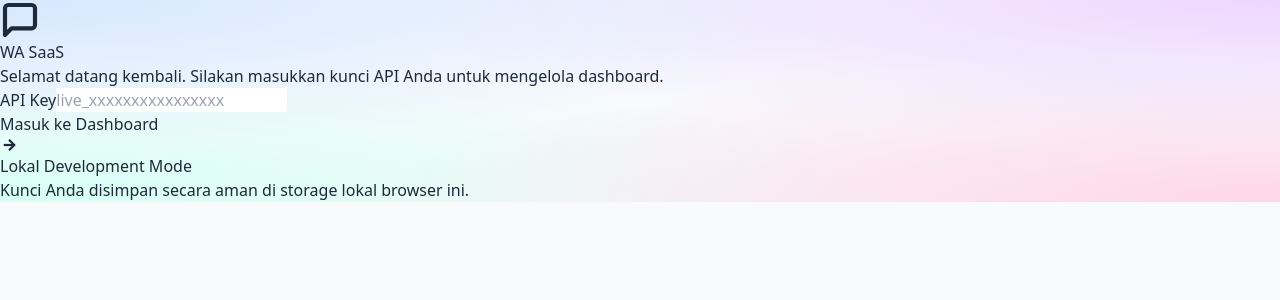
Repository: Radhityasofwan/wasaas
Page: /login (app in apps/web/)
These files come from the project's save history. The page is drawn as it stood at one moment and after the next save; the edit follows.
The browser window is 1280 px wide. The pictures show the whole page.
The project was rebuilt for these pictures with package versions that can differ from the ones it lists, and the page was loaded fresh each time. Also part of the build but not shown: apps/web/vite.config.ts, apps/web/src/pages/Sessions.tsx, apps/web/src/pages/Inbox.tsx, apps/web/src/pages/Webhooks.tsx, apps/web/src/pages/Broadcast.tsx, apps/web/src/pages/Leads.tsx, apps/web/src/pages/ApiKeys.tsx, apps/web/src/pages/AutoReply.tsx and 4 more.

Above is the page before, as saved 2026-02-24 06:51:11.

### apps/web/src/main.tsx
import ReactDOM from "react-dom/client";
import { BrowserRouter } from "react-router-dom";
import App from "./App";
import "./index.css";

ReactDOM.createRoot(document.getElementById("root")!).render(
  <BrowserRouter>
    <App />
  </BrowserRouter>
);

### apps/web/src/App.tsx
import React, { useMemo, useState } from "react";
import {
  Link,
  Navigate,
  Route,
  Routes,
  useNavigate,
  useLocation
} from "react-router-dom";
import {
  MessageCircle,
  Smartphone,
  Megaphone,
  Target,
  Bot,
  Key,
  Zap,
  Settings,
  BookOpen,
  LogOut,
  MessageSquare,
  CalendarClock,
  Layers,
  Menu, // Icon untuk menu mobile
  X
} from "lucide-react";

import Login from "./pages/Login";
import Sessions from "./pages/Sessions";
import Inbox from "./pages/Inbox";
import Webhooks from "./pages/Webhooks";
import Broadcast from "./pages/Broadcast";
import Leads from "./pages/Leads";
import ApiKeys from "./pages/ApiKeys";
import AutoReply from "./pages/AutoReply";
import Admin from "./pages/Admin";
import Docs from "./pages/Docs";

import Templates from "./pages/Templates";
import AutoFollowUp from "./pages/AutoFollowUp";

import { clearApiKey, getApiKey } from "./lib/api";

function RequireKey({ children }: { children: React.ReactNode }) {
  const key = getApiKey();
  if (!key) return <Navigate to="/login" replace />;
  return <>{children}</>;
}

function Shell({ children }: { children: React.ReactNode }) {
  const nav = useNavigate();
  const loc = useLocation();
  const [mobileMenuOpen, setMobileMenuOpen] = useState(false);

  // Daftar menu lengkap
  const menu = useMemo(() => [
    { name: "Inbox", path: "/", icon: <MessageCircle size={20} strokeWidth={2.5} /> },
    { name: "Sessions", path: "/sessions", icon: <Smartphone size={20} strokeWidth={2.5} /> },
    { name: "Broadcast", path: "/broadcast", icon: <Megaphone size={20} strokeWidth={2.5} /> },
    { name: "Follow Up", path: "/follow-up", icon: <CalendarClock size={20} strokeWidth={2.5} /> },
    { name: "Templates", path: "/templates", icon: <Layers size={20} strokeWidth={2.5} /> },
    { name: "Leads", path: "/leads", icon: <Target size={20} strokeWidth={2.5} /> },
    { name: "Auto Reply", path: "/auto-reply", icon: <Bot size={20} strokeWidth={2.5} /> },
    { name: "API Keys", path: "/api-keys", icon: <Key size={20} strokeWidth={2.5} /> },
    { name: "Webhooks", path: "/webhooks", icon: <Zap size={20} strokeWidth={2.5} /> },
    { name: "Admin", path: "/admin", icon: <Settings size={20} strokeWidth={2.5} /> },
    { name: "API Docs", path: "/docs", icon: <BookOpen size={20} strokeWidth={2.5} /> },
  ], []);

  // Menu utama untuk ditampilkan di Bottom Nav (Mobile)
  const bottomNavItems = menu.slice(0, 4);

  const handleLogout = () => {
    clearApiKey();
    nav("/login");
  };

  return (
    <div className="min-h-[100dvh] w-full font-sans text-slate-800 bg-[#f8fafc] relative overflow-hidden flex items-center justify-center p-0 md:p-4 lg:p-6"
         style={{
           backgroundImage: `
             radial-gradient(at 0% 0%, hsla(215,100%,94%,1) 0px, transparent 50%),
             radial-gradient(at 100% 0%, hsla(275,100%,94%,1) 0px, transparent 50%),
             radial-gradient(at 100% 100%, hsla(335,100%,94%,1) 0px, transparent 50%),
             radial-gradient(at 0% 100%, hsla(165,100%,94%,1) 0px, transparent 50%)
           `
         }}>

      {/* Liquid Mesh Background Elements (Desktop only for performance) */}
      <div className="hidden md:block absolute top-[-10%] left-[-5%] w-[40rem] h-[40rem] bg-blue-400/10 rounded-full mix-blend-multiply blur-[120px] pointer-events-none animate-pulse"></div>
      <div className="hidden md:block absolute bottom-[-10%] right-[-5%] w-[40rem] h-[40rem] bg-indigo-400/10 rounded-full mix-blend-multiply blur-[120px] pointer-events-none animate-pulse" style={{ animationDelay: '1s' }}></div>

      {/* Main App Container: 100dvh di HP, rounded di Desktop */}
      <div className="relative z-10 flex w-full h-[100dvh] md:h-screen md:max-h-[90vh] lg:max-h-[94vh] max-w-[1600px] md:gap-6">

        {/* SIDEBAR DESKTOP - Hidden di Mobile */}
        <aside className="w-[280px] hidden md:flex flex-col rounded-[2.5rem] bg-white/40 border border-white/60 backdrop-blur-2xl shadow-[0_20px_50px_rgba(31,38,135,0.04)] overflow-hidden shrink-0 border-t-white/80">
          <div className="p-8 pb-6">
            <div className="flex items-center gap-3">
              <div className="w-11 h-11 rounded-2xl bg-gradient-to-br from-blue-600 to-indigo-600 shadow-lg shadow-blue-500/30 flex items-center justify-center text-white rotate-3">
                <MessageSquare size={22} strokeWidth={2.5} />
              </div>
              <div>
                <h1 className="text-xl font-black text-slate-800 tracking-tighter leading-none italic">
                  WA SaaS
                </h1>
                <span className="text-[9px] font-black text-blue-500 uppercase tracking-[0.2em] ml-0.5">V.2.0 Stable</span>
              </div>
            </div>
          </div>

          <nav className="flex-1 overflow-y-auto px-5 py-2 space-y-1.5 scrollbar-hide">
            {menu.map(item => {
              const isActive = loc.pathname === item.path;
              return (
                <Link
                  key={item.path}
                  to={item.path}
                  className={`flex items-center gap-4 px-5 py-3.5 rounded-[1.5rem] text-[14px] font-bold transition-all duration-300 outline-none group border ${
                    isActive
                      ? "bg-white/90 text-blue-600 shadow-sm border-white/50 scale-[1.02]"
                      : "text-slate-500 hover:text-slate-900 hover:bg-white/40 border-transparent"
                  }`}
                >
                  <span className={`transition-transform duration-300 ${isActive ? 'scale-110 rotate-3' : 'group-hover:scale-110'}`}>
                    {item.icon}
                  </span>
                  {item.name}
                </Link>
              );
            })}
          </nav>

          <div className="p-6">
            <button
              onClick={handleLogout}
              className="w-full py-4 px-6 flex items-center justify-center gap-3 rounded-2xl text-xs font-black uppercase tracking-widest text-rose-500 bg-rose-50 hover:bg-rose-100 transition-all shadow-sm cursor-pointer active:scale-95"
            >
              <LogOut size={16} strokeWidth={3} />
              Keluar
            </button>
          </div>
        </aside>

        {/* MAIN CONTENT PANE */}
        <main className="flex-1 md:rounded-[3rem] bg-white md:bg-white/40 md:border md:border-white/80 md:backdrop-blur-3xl md:shadow-[0_20px_60px_rgba(0,0,0,0.03)] flex flex-col relative transition-all duration-300 overflow-hidden pb-[70px] md:pb-0">
            <div className="hidden md:block absolute top-0 inset-x-0 h-1/2 bg-gradient-to-b from-white/30 to-transparent pointer-events-none z-0"></div>

            <div className="flex-1 overflow-hidden relative z-10 w-full">
              {children}
            </div>
        </main>

        {/* BOTTOM NAVIGATION MOBILE (Native App Feel) */}
        <nav className="md:hidden fixed bottom-0 left-0 right-0 bg-white/90 backdrop-blur-xl border-t border-slate-200 shadow-[0_-10px_40px_rgba(0,0,0,0.05)] pb-safe pt-2 px-6 flex items-center justify-between z-50 h-[70px]">
           {bottomNavItems.map(item => {
             const isActive = loc.pathname === item.path;
             return (
               <Link
                 key={item.path}
                 to={item.path}
                 className={`flex flex-col items-center justify-center gap-1 min-w-[60px] transition-all duration-200 ${isActive ? 'text-blue-600' : 'text-slate-400'}`}
               >
                 <div className={`p-1.5 rounded-xl transition-all ${isActive ? 'bg-blue-50' : 'bg-transparent'}`}>
                    {item.icon}
                 </div>
                 <span className={`text-[10px] font-bold ${isActive ? 'font-black' : 'font-semibold'}`}>{item.name}</span>
               </Link>
             )
           })}

           {/* Mobile Menu Trigger */}
           <button
             onClick={() => setMobileMenuOpen(true)}
             className="flex flex-col items-center justify-center gap-1 min-w-[60px] text-slate-400 hover:text-slate-800"
           >
              <div className="p-1.5 rounded-xl bg-transparent">
                 <Menu size={20} strokeWidth={2.5} />
              </div>
              <span className="text-[10px] font-semibold">Lainnya</span>
           </button>
        </nav>

        {/* MOBILE DRAWER / OFF-CANVAS MENU */}
        {mobileMenuOpen && (
          <div className="md:hidden fixed inset-0 z-[100] flex justify-end">
            {/* Overlay */}
            <div
              className="absolute inset-0 bg-slate-900/20 backdrop-blur-sm animate-in fade-in duration-200"
              onClick={() => setMobileMenuOpen(false)}
            />

            {/* Drawer Content */}
            <div className="relative w-[280px] h-full bg-white shadow-2xl flex flex-col animate-in slide-in-from-right duration-300">
              <div className="p-6 flex items-center justify-between border-b border-slate-100">
                 <div className="flex items-center gap-3">
                   <div className="w-8 h-8 rounded-xl bg-blue-600 flex items-center justify-center text-white">
                     <MessageSquare size={16} strokeWidth={2.5} />
                   </div>
                   <h2 className="text-lg font-black text-slate-800 tracking-tight">Menu</h2>
                 </div>
                 <button onClick={() => setMobileMenuOpen(false)} className="p-2 bg-slate-100 rounded-full text-slate-500">
                   <X size={18} />
                 </button>
              </div>

              <div className="flex-1 overflow-y-auto py-4 px-4 space-y-1">
                {menu.map(item => (
                  <Link
                    key={item.path}
                    to={item.path}
                    onClick={() => setMobileMenuOpen(false)}
                    className={`flex items-center gap-4 px-4 py-3.5 rounded-xl text-[14px] font-bold transition-colors ${
                      loc.pathname === item.path ? "bg-blue-50 text-blue-600" : "text-slate-600 hover:bg-slate-50"
                    }`}
                  >
                    {item.icon} {item.name}
                  </Link>
                ))}
              </div>

              <div className="p-6 border-t border-slate-100">
                <button
                  onClick={handleLogout}
                  className="w-full py-4 rounded-xl font-black uppercase tracking-widest text-xs bg-rose-50 text-rose-500 flex items-center justify-center gap-2"
                >
                  <LogOut size={16} /> Keluar
                </button>
              </div>
            </div>
          </div>
        )}

      </div>
    </div>
  );
}

export default function App() {
  return (
    <Routes>
      <Route path="/login" element={<Login />} />
      <Route path="/*" element={
        <RequireKey>
          <Shell>
            <Routes>
              <Route path="/" element={<Inbox />} />
              <Route path="/sessions" element={<Sessions />} />
              <Route path="/broadcast" element={<Broadcast />} />
              <Route path="/follow-up" element={<AutoFollowUp />} />
              <Route path="/templates" element={<Templates />} />
              <Route path="/leads" element={<Leads />} />
              <Route path="/auto-reply" element={<AutoReply />} />
              <Route path="/api-keys" element={<ApiKeys />} />
              <Route path="/webhooks" element={<Webhooks />} />
              <Route path="/admin" element={<Admin />} />
              <Route path="/docs" element={<Docs />} />
            </Routes>
          </Shell>
        </RequireKey>
      } />
    </Routes>
  );
}

### apps/web/src/index.css
@tailwind base;
@tailwind components;
@tailwind utilities;

@layer base {
  :root {
    /* MENGGUNAKAN SYSTEM FONT: Sangat ngebut, 0ms load time,
       friendly, dan terasa seperti aplikasi native perangkat bawaan */
    font-family: system-ui, -apple-system, BlinkMacSystemFont, 'Segoe UI', Roboto, Oxygen, Ubuntu, Cantarell, 'Open Sans', 'Helvetica Neue', sans-serif;
  }

  html, body, #root {
    height: 100%;
    width: 100%;
    margin: 0;
    padding: 0;
    overscroll-behavior-y: none; /* Mencegah efek bounce-scroll berlebih di iOS */
    @apply antialiased bg-slate-50 text-slate-800;
  }

  /* Custom Thin Scrollbar for iOS feel */
  ::-webkit-scrollbar {
    width: 5px;
    height: 5px;
  }

  ::-webkit-scrollbar-track {
    background: transparent;
  }

  ::-webkit-scrollbar-thumb {
    @apply bg-slate-300/50 rounded-full;
  }

  ::-webkit-scrollbar-thumb:hover {
    @apply bg-slate-400/50;
  }

  /* Hide scrollbar for specific elements */
  .scrollbar-hide::-webkit-scrollbar {
    display: none;
  }
  .scrollbar-hide {
    -ms-overflow-style: none;
    scrollbar-width: none;
  }
}

.glass-card {
  @apply bg-white/40 backdrop-blur-xl border border-white/60 shadow-sm;
}

.glass-input {
  @apply bg-white/50 border border-white/60 focus:bg-white/80 focus:border-blue-400/50 transition-all duration-300 outline-none;
}

### apps/web/src/pages/Login.tsx
import { useState } from "react";
import { useNavigate } from "react-router-dom";

/**
 * Karena lingkungan pratinjau Canvas memerlukan kemandirian kode,
 * kita definisikan helper API secara lokal agar tidak terjadi error import.
 */
const getApiKey = (): string => {
  if (typeof window !== "undefined") {
    return localStorage.getItem("WA_KEY") || "";
  }
  return "";
};

const setApiKey = (key: string) => {
  if (typeof window !== "undefined") {
    localStorage.setItem("WA_KEY", key);
  }
};

export default function Login() {
  const nav = useNavigate();
  const [key, setKey] = useState(getApiKey());
  const [err, setErr] = useState<string | null>(null);

  const handleLogin = () => {
    try {
      setErr(null);
      const cleanKey = key.trim();

      if (!cleanKey.startsWith("live_")) {
        throw new Error("API key tidak valid (harus diawali live_)");
      }

      setApiKey(cleanKey);

      // Memberikan feedback visual sebelum navigasi
      setTimeout(() => {
        nav("/");
      }, 500);

    } catch (e: any) {
      setErr(e?.message || "Terjadi kesalahan saat masuk");
    }
  };

  return (
    <div className="min-h-screen w-full flex items-center justify-center p-6 relative overflow-hidden bg-[#f4f7fb]"
         style={{
           backgroundImage: `
             radial-gradient(at 0% 0%, hsla(215,100%,92%,1) 0px, transparent 50%),
             radial-gradient(at 100% 0%, hsla(275,100%,92%,1) 0px, transparent 50%),
             radial-gradient(at 100% 100%, hsla(335,100%,92%,1) 0px, transparent 50%),
             radial-gradient(at 0% 100%, hsla(165,100%,92%,1) 0px, transparent 50%)
           `
         }}>

      {/* Background Orbs dengan efek Liquid Blur */}
      <div className="absolute top-[-10%] left-[-10%] w-[35rem] h-[35rem] bg-blue-400/20 rounded-full blur-[120px] pointer-events-none animate-pulse"></div>
      <div className="absolute bottom-[-10%] right-[-10%] w-[35rem] h-[35rem] bg-purple-400/20 rounded-full blur-[120px] pointer-events-none"></div>

      <div className="w-full max-w-[440px] relative z-10">
        <div className="bg-white/40 backdrop-blur-2xl border border-white/60 rounded-[3rem] p-8 md:p-12 shadow-[0_20px_60px_rgba(31,38,135,0.08)]">

          <div className="flex flex-col items-center mb-10 text-center">
            <div className="w-20 h-20 rounded-3xl bg-gradient-to-br from-blue-500 to-indigo-600 shadow-2xl shadow-blue-500/30 flex items-center justify-center text-white mb-6 transform rotate-3 hover:rotate-0 transition-transform duration-500">
              <svg width="40" height="40" viewBox="0 0 24 24" fill="none" stroke="currentColor" strokeWidth="2.5" strokeLinecap="round" strokeLinejoin="round">
                <path d="M21 15a2 2 0 0 1-2 2H7l-4 4V5a2 2 0 0 1 2-2h14a2 2 0 0 1 2 2z"></path>
              </svg>
            </div>
            <h1 className="text-3xl font-black text-slate-800 tracking-tighter mb-2">WA SaaS</h1>
            <div className="h-1 w-12 bg-blue-500/20 rounded-full mb-4"></div>
            <p className="text-slate-500 text-sm font-medium leading-relaxed">
              Selamat datang kembali. Silakan masukkan kunci API Anda untuk mengelola dashboard.
            </p>
          </div>

          <div className="space-y-6">
            <div className="relative">
              <label className="block text-[10px] font-black text-slate-400 mb-2 ml-4 uppercase tracking-[0.2em]">API Key</label>
              <input
                type="password"
                value={key}
                onChange={(e) => setKey(e.target.value)}
                onKeyDown={(e) => e.key === 'Enter' && handleLogin()}
                placeholder="live_xxxxxxxxxxxxxxxx"
                className="w-full px-6 py-5 rounded-[2rem] bg-white/70 border border-white/80 backdrop-blur-md text-slate-700 placeholder-slate-300 focus:bg-white/90 focus:ring-[10px] focus:ring-blue-500/5 focus:border-blue-400/50 outline-none transition-all duration-500 shadow-sm text-sm font-mono"
              />
            </div>

            {err && (
              <div className="bg-rose-50/60 border border-rose-100 text-rose-600 px-6 py-4 rounded-2xl text-[11px] font-bold flex items-center gap-3 animate-in fade-in slide-in-from-top-2 duration-300">
                <span className="flex-shrink-0 w-4 h-4 rounded-full bg-rose-500 text-white flex items-center justify-center text-[8px]">!</span>
                {err}
              </div>
            )}

            <button
              onClick={handleLogin}
              className="group w-full py-5 rounded-[2rem] bg-gradient-to-r from-blue-600 to-indigo-600 text-white font-extrabold text-sm shadow-xl shadow-blue-600/20 hover:shadow-blue-600/40 hover:scale-[1.03] active:scale-[0.97] transition-all duration-500 relative overflow-hidden"
            >
              <span className="relative z-10 flex items-center justify-center gap-2">
                Masuk ke Dashboard
                <svg className="group-hover:translate-x-1 transition-transform duration-300" width="18" height="18" viewBox="0 0 24 24" fill="none" stroke="currentColor" strokeWidth="3"><line x1="5" y1="12" x2="19" y2="12"></line><polyline points="12 5 19 12 12 19"></polyline></svg>
              </span>
              <div className="absolute inset-0 bg-gradient-to-r from-transparent via-white/10 to-transparent translate-x-[-100%] group-hover:translate-x-[100%] transition-transform duration-1000"></div>
            </button>
          </div>

          <div className="mt-10 pt-8 border-t border-slate-200/20 text-center">
            <p className="text-[10px] text-slate-400 font-bold uppercase tracking-widest">
              Lokal Development Mode
            </p>
            <p className="text-[9px] text-slate-300 mt-1">
              Kunci Anda disimpan secara aman di storage lokal browser ini.
            </p>
          </div>
        </div>
      </div>
    </div>
  );
}

### apps/web/src/lib/api.ts
export function getApiKey(): string {
  return localStorage.getItem("WA_KEY") || "";
}

export function setApiKey(key: string) {
  localStorage.setItem("WA_KEY", key);
}

export function clearApiKey() {
  localStorage.removeItem("WA_KEY");
}

/**
 * apiFetch rules:
 * - "/ui/..."  -> direct to UI routes (proxied by Vite "/ui" -> API)
 * - others     -> auto prefix "/api" (proxied by Vite "/api" -> API root)
 */
export async function apiFetch<T>(path: string, init: RequestInit = {}): Promise<T> {
  const headers = new Headers(init.headers || {});
  const key = getApiKey();
  if (key) headers.set("x-api-key", key);

  // default json for non-formdata
  if (!headers.get("Content-Type") && !(init.body instanceof FormData)) {
    headers.set("Content-Type", "application/json");
  }

  // normalize URL for Vite proxy
  let url = path;
  const isAbs = /^https?:\/\//i.test(path);
  if (!isAbs) {
    if (path.startsWith("/ui/") || path === "/ui" || path.startsWith("/ui?")) {
      url = path; // keep
    } else if (path.startsWith("/api/") || path === "/api" || path.startsWith("/api?")) {
      url = path; // keep
    } else {
      url = `/api${path.startsWith("/") ? "" : "/"}${path}`;
    }
  }

  const res = await fetch(url, { ...init, headers });

  const isJson = (res.headers.get("content-type") || "").includes("application/json");
  const data: any = isJson ? await res.json() : await res.text();

  if (!res.ok) throw new Error(data?.error || data || `HTTP ${res.status}`);
  if (typeof data === "object" && data && "ok" in data && !data.ok) throw new Error(data.error || "API error");

  return data as T;
}

Loaded but not shown: apps/web/index.html (common file)

After the next save:
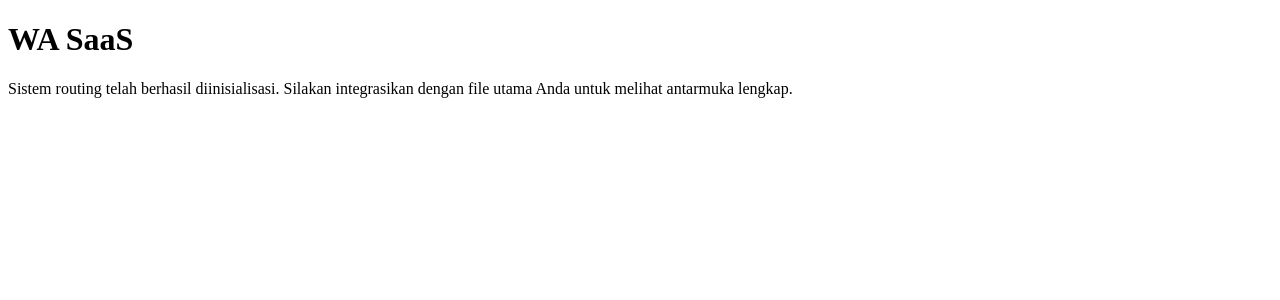
Saved 85 s later.
--- a/apps/web/src/main.tsx
+++ b/apps/web/src/main.tsx
@@ -1,7 +1,21 @@
+import React from "react";
 import ReactDOM from "react-dom/client";
 import { BrowserRouter } from "react-router-dom";
-import App from "./App";
-import "./index.css";
+
+// Komponen disatukan ke dalam file ini tanpa import eksternal
+// agar dapat dikompilasi dengan baik di lingkungan pratinjau (Canvas).
+const App = () => {
+  return (
+    <div className="min-h-screen flex items-center justify-center bg-slate-50 text-slate-800 font-sans p-6">
+      <div className="max-w-md w-full bg-white p-8 rounded-[2.5rem] shadow-[0_20px_50px_rgba(0,0,0,0.05)] text-center border border-slate-100">
+        <h1 className="text-3xl font-black text-blue-600 mb-4 tracking-tight">WA SaaS</h1>
+        <p className="text-sm text-slate-500 font-medium leading-relaxed">
+          Sistem routing telah berhasil diinisialisasi. Silakan integrasikan dengan file utama Anda untuk melihat antarmuka lengkap.
+        </p>
+      </div>
+    </div>
+  );
+};
 
 ReactDOM.createRoot(document.getElementById("root")!).render(
   <BrowserRouter>

After the save that followed:
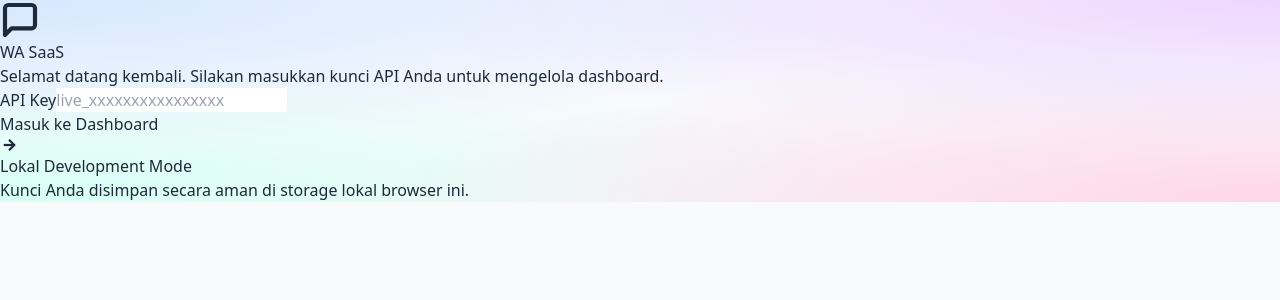
Saved 15 s later.
--- a/apps/web/src/main.tsx
+++ b/apps/web/src/main.tsx
@@ -1,21 +1,7 @@
-import React from "react";
 import ReactDOM from "react-dom/client";
 import { BrowserRouter } from "react-router-dom";
-
-// Komponen disatukan ke dalam file ini tanpa import eksternal
-// agar dapat dikompilasi dengan baik di lingkungan pratinjau (Canvas).
-const App = () => {
-  return (
-    <div className="min-h-screen flex items-center justify-center bg-slate-50 text-slate-800 font-sans p-6">
-      <div className="max-w-md w-full bg-white p-8 rounded-[2.5rem] shadow-[0_20px_50px_rgba(0,0,0,0.05)] text-center border border-slate-100">
-        <h1 className="text-3xl font-black text-blue-600 mb-4 tracking-tight">WA SaaS</h1>
-        <p className="text-sm text-slate-500 font-medium leading-relaxed">
-          Sistem routing telah berhasil diinisialisasi. Silakan integrasikan dengan file utama Anda untuk melihat antarmuka lengkap.
-        </p>
-      </div>
-    </div>
-  );
-};
+import App from "./App";
+import "./index.css";
 
 ReactDOM.createRoot(document.getElementById("root")!).render(
   <BrowserRouter>
